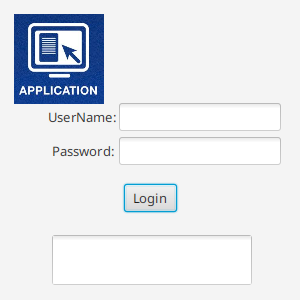
Repository: quasio007/AllMyWork
Program's window: java workspace/JavaFX/src/application/comboBox/Main.java
The author's editor kept a copy of each file at every save. The program's window is drawn from the files as they stood at one save, then again after a run of saves.
It runs on Java 21 on a 1366 x 768 screen with JavaFX 11; the title bar is not drawn. It also reads workspace/JavaFX/src/img/App.jpeg, workspace/JavaFX/src/img/Blue-Login.jpg.

Above is the program's window before, as saved 2017-05-20 13:22:05.

### workspace/JavaFX/src/application/comboBox/Main.java
package application.loginApp;

import javafx.application.Application;
import javafx.fxml.FXMLLoader;
import javafx.scene.Parent;
import javafx.scene.Scene;
import javafx.stage.Stage;

public class Main extends Application{

	public static void main(String[] args) {

		launch(args);

	}

	@Override
	public void start(Stage primaryStage) throws Exception {
		Parent root =FXMLLoader.load(getClass().getResource("Login.fxml"));
		Scene scene =new Scene(root);
		primaryStage.setTitle("Login");
		primaryStage.setScene(scene);
		primaryStage.show();

	}

}

### workspace/JavaFX/src/application/loginApp/Controller.java
package application.loginApp;

import javafx.event.ActionEvent;
import javafx.fxml.FXML;
import javafx.fxml.FXMLLoader;
import javafx.scene.Parent;
import javafx.scene.Scene;
import javafx.scene.control.PasswordField;
import javafx.scene.control.TextArea;
import javafx.scene.control.TextField;
import javafx.stage.Stage;

public class Controller {
	@FXML
	private TextArea area;
	@FXML
	private TextField userName;

	@FXML
	private PasswordField password;

	public void Login(ActionEvent event) throws Throwable {
		if (userName.getText().equals("Mohit") && password.getText().equals("pass")) {
			area.setText("Success");
			Stage primaryStage = new Stage();
			Parent root = FXMLLoader.load(getClass().getResource("MainWindow.fxml"));
			Scene scene = new Scene(root);
			primaryStage.setTitle("MainWindow");
			primaryStage.setScene(scene);
			primaryStage.show();
		} else {
			area.setText("Failure");
		}

	}

}

### workspace/JavaFX/src/application/loginApp/Login.fxml
<?xml version="1.0" encoding="UTF-8"?>

<?import javafx.scene.control.Button?>
<?import javafx.scene.control.Label?>
<?import javafx.scene.control.PasswordField?>
<?import javafx.scene.control.TextArea?>
<?import javafx.scene.control.TextField?>
<?import javafx.scene.image.ImageView?>
<?import javafx.scene.layout.AnchorPane?>
<?import javafx.scene.image.Image?>

<AnchorPane prefHeight="300.0" prefWidth="300.0" xmlns="http://javafx.com/javafx/8.0.111" xmlns:fx="http://javafx.com/fxml/1" fx:controller="application.loginApp.Controller">
   <children>
      <Button layoutX="124.0" layoutY="184.0" mnemonicParsing="false" onAction="#Login" text="Login" >
<!--       <graphic>
       <ImageView fitHeight="90.0" fitWidth="90.0" layoutX="14.0" layoutY="14.0" pickOnBounds="true" preserveRatio="true" >
      <image>
      <Image url ="img/App.jpeg"></Image>
      </image>
      </ImageView>
      </graphic> -->
      </Button>
      <PasswordField fx:id="password" layoutX="119.0" layoutY="137.0" />
      <TextArea fx:id="area" layoutX="52.0" layoutY="235.0" prefHeight="50.0" prefWidth="200.0" />
      <TextField fx:id="userName" layoutX="119.0" layoutY="103.0" />
      <Label layoutX="48.0" layoutY="108.0" text="UserName: " />
      <Label layoutX="52.0" layoutY="142.0" text="Password:" />
      <ImageView fitHeight="90.0" fitWidth="90.0" layoutX="14.0" layoutY="14.0" pickOnBounds="true" preserveRatio="true" >
      <image>
      <Image url ="img/App.jpeg"></Image>
      </image>
      </ImageView>

   </children>
</AnchorPane>

After the next 2 saves:
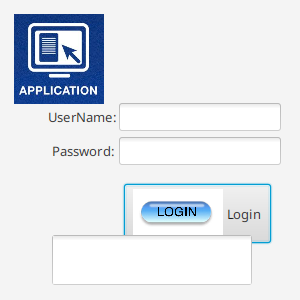
The 2 saves are shown as one change because 1 did not build or start.
The last was saved 63 s later.
--- a/workspace/JavaFX/src/application/loginApp/Login.fxml
+++ b/workspace/JavaFX/src/application/loginApp/Login.fxml
@@ -12,13 +12,13 @@
 <AnchorPane prefHeight="300.0" prefWidth="300.0" xmlns="http://javafx.com/javafx/8.0.111" xmlns:fx="http://javafx.com/fxml/1" fx:controller="application.loginApp.Controller">
    <children>
       <Button layoutX="124.0" layoutY="184.0" mnemonicParsing="false" onAction="#Login" text="Login" >
-<!--       <graphic>
+     <graphic>
        <ImageView fitHeight="90.0" fitWidth="90.0" layoutX="14.0" layoutY="14.0" pickOnBounds="true" preserveRatio="true" >
       <image>
-      <Image url ="img/App.jpeg"></Image>
+      <Image url ="img/Blue-Login.jpg"></Image>
       </image>
       </ImageView>
-      </graphic> -->
+      </graphic>
       </Button>
       <PasswordField fx:id="password" layoutX="119.0" layoutY="137.0" />
       <TextArea fx:id="area" layoutX="52.0" layoutY="235.0" prefHeight="50.0" prefWidth="200.0" />
